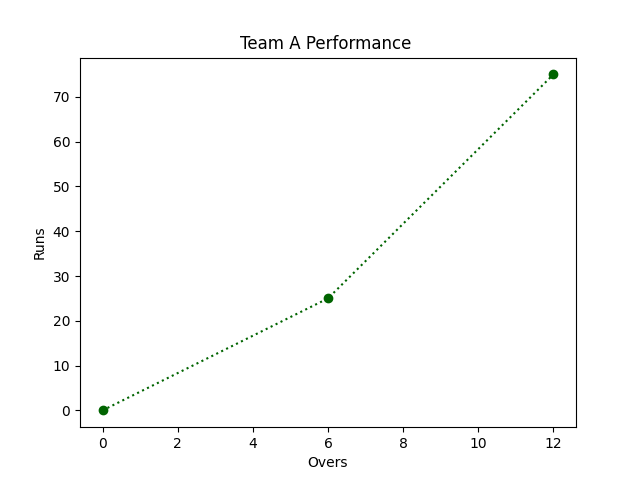
Repository: medenitunc/August-25-leanrning-Pyhton
Script's output: python Day02_05_Dv2.py
These files come from the project's save history. The script's output is drawn as it stood at one moment and after the next save; the edit follows.
Random numbers start from a fixed seed.

Above is the script's output before, as saved 2025-11-27 09:38:19.

### Day02_05_Dv2.py
import matplotlib.pyplot as plt
import numpy as np


# numpy - numerical python - library for numerical calculations

xval = np.array([0,6,12])
yval = np.array([0,25, 75])

plt.plot(xval, yval, color='darkgreen', marker='o', linestyle='dotted')
plt.xlabel('Overs')
plt.ylabel('Runs')
plt.title('Team A Performance ')
plt.show()

After the next save:
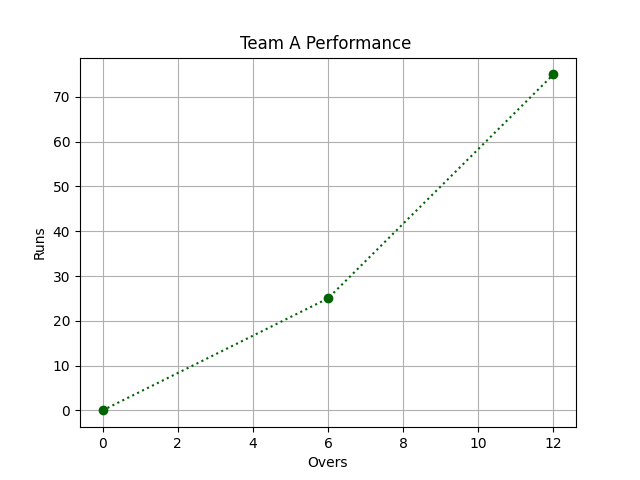
Saved 49 s later.
--- a/Day02_05_Dv2.py
+++ b/Day02_05_Dv2.py
@@ -11,4 +11,5 @@ plt.plot(xval, yval, color='darkgreen', marker='o', linestyle='dotted')
 plt.xlabel('Overs')
 plt.ylabel('Runs')
 plt.title('Team A Performance ')
+plt.grid()
 plt.show()
